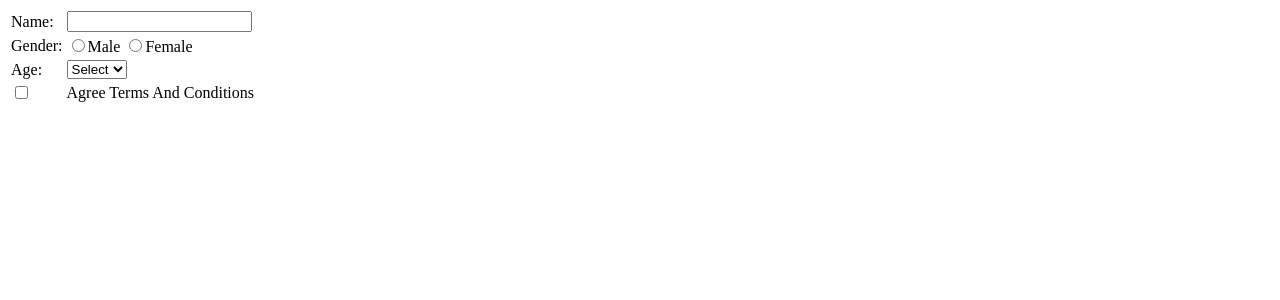
Repository: nikhil-jon12/lecture
Page: First/WebContent/index.html
An editor plug-in stored every save of this project. The page is shown before and after the next save, followed by the edit.
The browser window is 1280 px wide. The pictures show the whole page.

Above is the page before, as saved 2019-11-14 09:00:10.
Console error: SyntaxError: Unexpected end of input

### First/WebContent/index.html
<!DOCTYPE html>
<html>
<head>
<meta charset="ISO-8859-1">
<title>Insert title here</title>
	<script type="text/javascript">
		function
	</script>
</head>
<body>
	<form name="contact_form" action="welcome.html" method="post" onsubmit="return validation()">
		<table>
			<tr>
				<td>Name:</td>
				<td><input type="text" name="contact_name"></td>
			</tr>
			<tr>
				<td>Gender:</td>
				<td><input type="radio" name="gender">Male
					<input type="radio" name="gender">Female
				</td>
			</tr>
			<tr>
				<td>Age:</td>
				<td>
					<select name="age">
					<option value="select" selected="selected">Select</option>
					<option value="0-10">0-10</option>
					<option value="10-20">10-20</option>
					<option value="20-30">20-30</option>
					<option value="30-40">30-40</option>
					<option value="40-50">40-50</option>
					</select>
				</td>
			</tr>
			<tr>
				<td>
					<input type="checkbox" name="check">
				</td>
				<td>
					Agree Terms And Conditions
				</td>
			</tr>
		</table>
	</form>
</body>
</html>

After the next save:
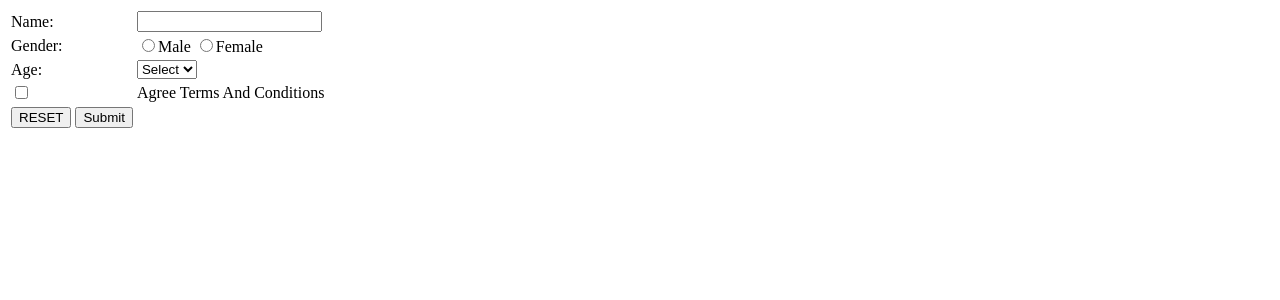
Saved 112 s later.
--- a/First/WebContent/index.html
+++ b/First/WebContent/index.html
@@ -41,6 +41,12 @@
 					Agree Terms And Conditions
 				</td>
 			</tr>
+			<tr>
+				<td>
+					<input type="reset" value="RESET">
+					<input type="submit" value="Submit">
+				</td>
+			</tr>
 		</table>
 	</form>
 </body>
